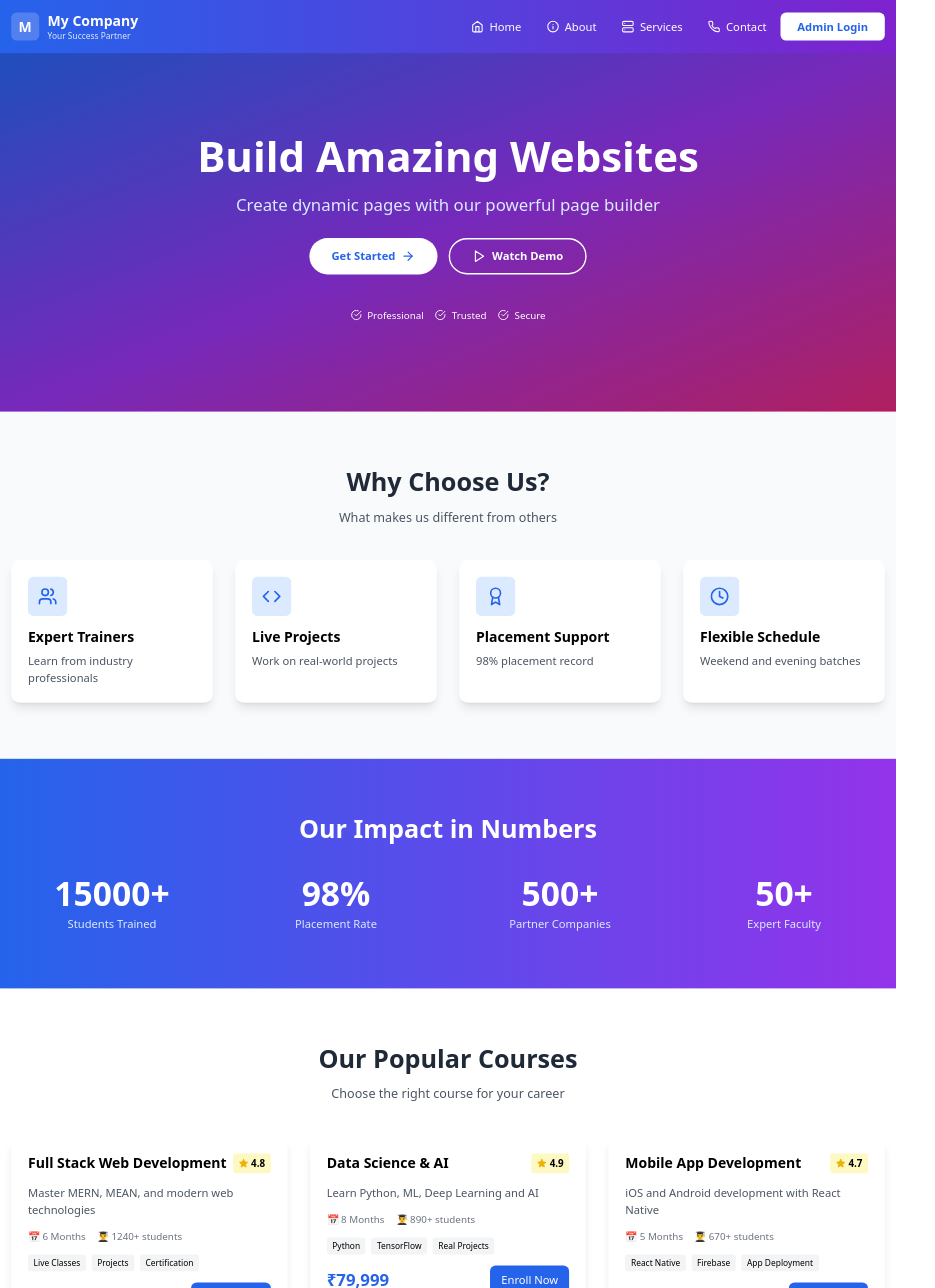
Repository: azoratech1/Webiste-Builder-
Page: /services (app in frontend/)
These files come from the project's save history. The page is drawn as it stood at one moment and after the next save; the edit follows.
The browser window is 1280 px wide. The page is 1336 px wide, so the pictures cover 1336 px, including what lies to the right of the window. The pictures show the part of the page from y = 0 to 1840 px (the page is 3565 px tall), at 70% of full size.
The page's requests for data from a server got no answer. The project was rebuilt for these pictures with package versions that can differ from the ones it lists, and the page was loaded fresh each time. No one was signed in, and anything a server would have sent is missing. Also part of the build but not shown: frontend/vite.config.js, frontend/src/components/PrivateRoute.jsx, frontend/src/pages/Login.jsx, frontend/src/components/website/WebsiteSelector.jsx, frontend/src/components/AdminLayout.jsx, frontend/src/pages/admin/Dashboard.jsx, frontend/src/pages/admin/PagesManager.jsx, frontend/src/pages/admin/PageEditor.jsx and 6 more.

Above is the page before, as saved 2026-05-07 16:39:48.

### frontend/index.html
<!DOCTYPE html>
<html lang="en">
  <head>
    <meta charset="UTF-8" />
    <meta name="viewport" content="width=device-width, initial-scale=1.0" />
    <title>React + Vite + Tailwind</title>
  </head>
  <body>
    <div id="root"></div>
    <script type="module" src="/src/main.jsx"></script>
  </body>
</html>

### frontend/src/App.jsx
import React from 'react';
import { BrowserRouter, Routes, Route, Navigate } from 'react-router-dom';
import { AuthProvider } from './context/AuthContext';
import PrivateRoute from './components/PrivateRoute';
import Login from './pages/Login';
import AdminLayout from './components/AdminLayout';
import Dashboard from './pages/admin/Dashboard';
import PagesManager from './pages/admin/PagesManager';
import PageEditor from './pages/admin/PageEditor';
import MediaManager from './pages/admin/MediaManager';
import CompanySettings from './pages/admin/CompanySettings';
import HomepageEditor from './components/admin/HomepageEditor';
import WebsiteView from './pages/WebsiteView';

function App() {
  return (
    <AuthProvider>
      <BrowserRouter>
        <Routes>
          {/* Public Routes */}
          <Route path="/login" element={<Login />} />
          {/* <Route path="/" element={<WebsiteView />} />
          <Route path="/:slug" element={<WebsiteView />} /> */}
          <Route
  path="/:websiteSlug"
  element={<WebsiteView />}
/>

<Route
  path="/:websiteSlug/:pageSlug"
  element={<WebsiteView />}
/>
          {/* Admin Routes */}
          <Route path="/admin" element={<PrivateRoute><AdminLayout /></PrivateRoute>}>
            <Route index element={<Navigate to="dashboard" />} />
            <Route path="dashboard" element={<Dashboard />} />
            <Route path="pages" element={<PagesManager />} />
            <Route path="pages/:id" element={<PageEditor />} />
            <Route path="media" element={<MediaManager />} />
            <Route path="settings" element={<CompanySettings />} />
            <Route path="homepage" element={<HomepageEditor />} />
          </Route>
        </Routes>
      </BrowserRouter>
    </AuthProvider>
  );
}

export default App;

### frontend/src/index.css
@tailwind base;
@tailwind components;
@tailwind utilities;

@layer base {
  body {
    @apply antialiased;
  }
}

@layer components {
  .container {
    @apply max-w-7xl mx-auto;
  }
}

@layer utilities {
  .scrollbar-hide::-webkit-scrollbar {
    display: none;
  }

  .scrollbar-hide {
    -ms-overflow-style: none;
    scrollbar-width: none;
  }
}

### frontend/src/context/AuthContext.jsx
import React, { createContext, useState, useContext, useEffect } from 'react';
import api from '../services/api';

const AuthContext = createContext();

export const useAuth = () => useContext(AuthContext);

export const AuthProvider = ({ children }) => {
  const [user, setUser] = useState(null);
  const [loading, setLoading] = useState(true);

  useEffect(() => {
    const token = localStorage.getItem('token');
    if (token) {
      fetchUser();
    } else {
      setLoading(false);
    }
  }, []);

  const fetchUser = async () => {
    try {
      const response = await api.get('/auth/me');
      setUser(response.data.data);
    } catch (error) {
      localStorage.removeItem('token');
    } finally {
      setLoading(false);
    }
  };

  const login = async (email, password) => {
    const response = await api.post('/auth/login', { email, password });
    const { token, user } = response.data.data;
    localStorage.setItem('token', token);
    setUser(user);
    return user;
  };

  const logout = () => {
    localStorage.removeItem('token');
    setUser(null);
  };

  return (
    <AuthContext.Provider value={{ user, login, logout, loading }}>
      {children}
    </AuthContext.Provider>
  );
};

### frontend/src/pages/WebsiteView.jsx
import React from 'react';
import { useParams } from 'react-router-dom';

import WebsiteNavbar from '../components/WebsiteNavbar';
import Footer from '../components/WebsiteFooter';

import DynamicHomePage from './DynamicHomePage';
import AboutPage from './AboutPage';
import ContactPage from './ContactPage';
import ServicesPage from './ServicePage';

const WebsiteView = () => {

  const {
    websiteSlug,
    pageSlug = 'home'
  } = useParams();

  // Render correct page
  const renderPage = () => {

    switch (pageSlug) {

      case 'home':
        return <DynamicHomePage />;

      case 'about':
        return <AboutPage />;

      case 'contact':
        return <ContactPage />;

      case 'services':
        return <ServicesPage />;

      default:

        return (
          <div className="flex items-center justify-center min-h-[60vh]">

            <div className="text-center">

              <h1 className="text-4xl font-bold text-gray-800 mb-4">
                404
              </h1>

              <p className="text-gray-600 text-lg">
                Page Not Found
              </p>

            </div>

          </div>
        );
    }
  };

  return (

    <div className="min-h-screen flex flex-col">

      <WebsiteNavbar />

      <main className="flex-grow">

        {renderPage()}

      </main>

      <Footer />

    </div>
  );
};

export default WebsiteView;

### frontend/src/components/WebsiteNavbar.jsx
import React, { useState, useEffect } from 'react';
import {
  Link,
  useLocation,
  useNavigate,
  useParams
} from 'react-router-dom';
import { Menu, X, ChevronDown, Home, Info, Phone, Server, User, Settings, LogOut } from 'lucide-react';
import { motion, AnimatePresence } from 'framer-motion';
import api from '../services/api';

const WebsiteNavbar = () => {
  const { websiteSlug } = useParams();
  const [isOpen, setIsOpen] = useState(false);
  const [scrolled, setScrolled] = useState(false);
  const [pages, setPages] = useState([]);
  const [showDropdown, setShowDropdown] = useState(false);
  const [isLoggedIn, setIsLoggedIn] = useState(false);
  const [user, setUser] = useState(null);
  const [companyInfo, setCompanyInfo] = useState({
    name: 'My Company',
    logo: null,
    tagline: 'Your Success Partner'
  });
  const location = useLocation();
  const navigate = useNavigate();

  useEffect(() => {
    fetchPages();
    fetchCompanyInfo();
    checkAuth();
    handleScroll();
    window.addEventListener('scroll', handleScroll);
    return () => window.removeEventListener('scroll', handleScroll);
  }, []);

  const fetchPages = async () => {
    try {
      const response = await api.get('/pages');
      // Filter pages that are active and should show in navigation
      const activePages = response.data.data.filter(page => page.is_active && page.show_in_nav);
      // Sort by order_position
      activePages.sort((a, b) => (a.order_position || 0) - (b.order_position || 0));
      setPages(activePages);
    } catch (error) {
      console.error('Error fetching pages:', error);
      // Fallback pages
      setPages([
        { id: 1, name: 'Home', slug: 'home' },
        { id: 2, name: 'About', slug: 'about' },
        { id: 3, name: 'Services', slug: 'services' },
        { id: 4, name: 'Contact', slug: 'contact' }
      ]);
    }
  };

  const fetchCompanyInfo = async () => {
    try {
      const response = await api.get('/settings/company');
      if (response.data.success) {
        setCompanyInfo(response.data.data);
      }
    } catch (error) {
      console.log('Using default company info');
    }
  };

  const checkAuth = () => {
    const token = localStorage.getItem('token');
    if (token) {
      setIsLoggedIn(true);
      fetchUserInfo();
    }
  };

  const fetchUserInfo = async () => {
    try {
      const response = await api.get('/auth/me');
      if (response.data.success) {
        setUser(response.data.data);
      }
    } catch (error) {
      console.error('Error fetching user info:', error);
    }
  };

  const handleScroll = () => {
    setScrolled(window.scrollY > 50);
  };

  const handleLogout = () => {
    localStorage.removeItem('token');
    setIsLoggedIn(false);
    setUser(null);
    navigate('/');
    window.location.reload();
  };

  const getPageIcon = (slug) => {
    const icons = {
      home: <Home size={18} />,
      about: <Info size={18} />,
      contact: <Phone size={18} />,
      services: <Server size={18} />
    };
    return icons[slug] || <Home size={18} />;
  };

  // const isActive = (path) => {
  //   if (path === '/' && location.pathname === '/') return true;
  //   if (path !== '/' && location.pathname === `/${path}`) return true;
  //   return false;
  // };
const isActive = (slug) => {

  const currentPath =
    location.pathname;

  if (slug === 'home') {

    return currentPath === `/${websiteSlug}`;
  }

  return currentPath ===
    `/${websiteSlug}/${slug}`;
};
  // Build navigation links from database pages
  // const navLinks = pages.map(page => ({
  //   name: page.name,
  //   slug: page.slug,
  //   path: page.slug === 'home' ? '/' : `/${page.slug}`
  // }));
const navLinks = pages.map(
  page => ({

    name: page.name,

    slug: page.slug,

    path:
      page.slug === 'home'
        ? `/${websiteSlug}`
        : `/${websiteSlug}/${page.slug}`
  })
);
  return (
    <>
      <nav className={`fixed top-0 w-full z-50 transition-all duration-300 ${
        scrolled
          ? 'bg-white shadow-lg py-2'
          : 'bg-gradient-to-r from-blue-600 to-purple-700 py-4'
      }`}>
        <div className="container mx-auto px-4">
          <div className="flex justify-between items-center">
            {/* Logo and Company Name */}
            <Link  to={`/${websiteSlug}`} className="flex items-center space-x-3 group cursor-pointer">
              {companyInfo.logo ? (
                <img src={companyInfo.logo} alt={companyInfo.name} className="h-10 w-auto object-contain" />
              ) : (
                <div className={`w-10 h-10 rounded-lg flex items-center justify-center ${
                  scrolled ? 'bg-blue-600' : 'bg-white bg-opacity-20'
                }`}>
                  <span className="text-xl font-bold text-white">{companyInfo.name?.charAt(0) || 'M'}</span>
                </div>
              )}
              <div>
                <h1 className={`font-bold text-xl ${scrolled ? 'text-gray-800' : 'text-white'}`}>
                  {companyInfo.name}
                </h1>
                {!scrolled && companyInfo.tagline && (
                  <p className="text-xs text-blue-100">{companyInfo.tagline}</p>
                )}
              </div>
            </Link>

            {/* Desktop Menu */}
            <div className="hidden md:flex items-center space-x-1">
              {navLinks.map((link) => (
                <Link
                  key={link.slug}
                  to={link.path}
                  className={`px-4 py-2 rounded-lg transition-all duration-300 flex items-center gap-2 ${
                    isActive(link.slug === 'home' ? '' : link.slug)
                      ? scrolled
                        ? 'bg-blue-600 text-white'
                        : 'bg-white bg-opacity-20 text-white'
                      : scrolled
                        ? 'text-gray-700 hover:bg-gray-100'
                        : 'text-white hover:bg-white hover:bg-opacity-10'
                  }`}
                >
                  {getPageIcon(link.slug)}
                  {link.name}
                </Link>
              ))}

              {/* Admin Dropdown */}
              {isLoggedIn ? (
                <div className="relative ml-2">
                  <button
                    onClick={() => setShowDropdown(!showDropdown)}
                    className={`px-4 py-2 rounded-lg transition-all duration-300 flex items-center gap-2 ${
                      scrolled ? 'text-gray-700 hover:bg-gray-100' : 'text-white hover:bg-white hover:bg-opacity-10'
                    }`}
                  >
                    <User size={18} />
                    {user?.username || 'Account'}
                    <ChevronDown size={14} />
                  </button>

                  {showDropdown && (
                    <div className="absolute right-0 mt-2 w-48 bg-white rounded-lg shadow-lg py-2 z-50">
                      <Link to="/admin/dashboard" className="block px-4 py-2 text-gray-700 hover:bg-gray-100" onClick={() => setShowDropdown(false)}>
                        Admin Panel
                      </Link>
                      <button onClick={handleLogout} className="w-full text-left px-4 py-2 text-red-600 hover:bg-gray-100">
                        Logout
                      </button>
                    </div>
                  )}
                </div>
              ) : (
                <Link to="/login" className={`ml-4 px-6 py-2 rounded-lg transition-all duration-300 font-semibold ${
                  scrolled ? 'bg-blue-600 text-white hover:bg-blue-700' : 'bg-white text-blue-600 hover:bg-gray-100'
                }`}>
                  Admin Login
                </Link>
              )}
            </div>

            {/* Mobile Menu Button */}
            <button onClick={() => setIsOpen(!isOpen)} className={`md:hidden p-2 rounded-lg transition ${scrolled ? 'text-gray-800' : 'text-white'}`}>
              {isOpen ? <X size={24} /> : <Menu size={24} />}
            </button>
          </div>
        </div>

        {/* Mobile Menu */}
        <AnimatePresence>
          {isOpen && (
            <motion.div
              initial={{ opacity: 0, height: 0 }}
              animate={{ opacity: 1, height: 'auto' }}
              exit={{ opacity: 0, height: 0 }}
              className="md:hidden bg-white shadow-lg overflow-hidden"
            >
              <div className="container mx-auto px-4 py-4">
                {navLinks.map((link) => (
                  <Link
                    key={link.slug}
                    to={link.path}
                    onClick={() => setIsOpen(false)}
                    className={`block px-4 py-3 rounded-lg transition flex items-center gap-3 ${
                      isActive(link.slug === 'home' ? '' : link.slug)
                        ? 'bg-blue-600 text-white'
                        : 'text-gray-700 hover:bg-gray-100'
                    }`}
                  >
                    {getPageIcon(link.slug)}
                    {link.name}
                  </Link>
                ))}
                {isLoggedIn ? (
                  <>
                    <Link to="/admin/dashboard" onClick={() => setIsOpen(false)} className="block px-4 py-3 text-gray-700 hover:bg-gray-100 rounded-lg">
                      Admin Panel
                    </Link>
                    <button onClick={() => { handleLogout(); setIsOpen(false); }} className="w-full mt-2 px-4 py-3 bg-red-600 text-white rounded-lg hover:bg-red-700">
                      Logout
                    </button>
                  </>
                ) : (
                  <Link to="/login" onClick={() => setIsOpen(false)} className="block mt-2 px-4 py-3 bg-blue-600 text-white rounded-lg text-center">
                    Admin Login
                  </Link>
                )}
              </div>
            </motion.div>
          )}
        </AnimatePresence>
      </nav>
      <div className="h-16"></div>
    </>
  );
};

export default WebsiteNavbar;

### frontend/src/components/WebsiteFooter.jsx
import React, { useState, useEffect } from 'react';
import { Link } from 'react-router-dom';
import { Facebook, Twitter, Linkedin, Instagram, Mail, Phone, MapPin, Globe } from 'lucide-react';
import api from '../services/api';

const Footer = () => {
  const [companyInfo, setCompanyInfo] = useState({
    name: 'ABC Technologies',
    logo: null,
    tagline: 'Your Success Partner',
    email: 'info@example.com',
    phone: '+1 (555) 123-4567',
    address: '123 Business Street, Tech City',
    website: 'www.example.com',
    socialMedia: {}
  });
  const [pages, setPages] = useState([]);

  useEffect(() => {
    fetchCompanyInfo();
    fetchPages();
  }, []);

  const fetchCompanyInfo = async () => {
    try {
      const response = await api.get('/settings/company');
      if (response.data.success) {
        setCompanyInfo(response.data.data);
      }
    } catch (error) {
      console.error('Error fetching company info:', error);
    }
  };

  const fetchPages = async () => {
    try {
      const response = await api.get('/pages');
      const activePages = response.data.data.filter(page => page.is_active);
      setPages(activePages);
    } catch (error) {
      console.error('Error fetching pages:', error);
    }
  };

  return (
    <footer className="bg-gray-900 text-white pt-12 pb-6">
      <div className="container mx-auto px-4">
        <div className="grid grid-cols-1 md:grid-cols-4 gap-8 mb-8">
          {/* Company Info */}
          <div>
            <div className="flex items-center gap-2 mb-4">
              {companyInfo.logo ? (
                <img src={companyInfo.logo} alt={companyInfo.name} className="h-10 w-auto" />
              ) : (
                <div className="w-10 h-10 bg-blue-600 rounded-lg flex items-center justify-center">
                  <span className="font-bold text-xl">A</span>
                </div>
              )}
              <h3 className="text-xl font-bold">{companyInfo.name}</h3>
            </div>
            <p className="text-gray-400 text-sm mb-4">{companyInfo.tagline}</p>
            <div className="space-y-2 text-sm text-gray-400">
              <p className="flex items-center gap-2">
                <Mail size={14} /> {companyInfo.email}
              </p>
              <p className="flex items-center gap-2">
                <Phone size={14} /> {companyInfo.phone}
              </p>
              <p className="flex items-center gap-2">
                <MapPin size={14} /> {companyInfo.address}
              </p>
            </div>
          </div>

          {/* Quick Links */}
          <div>
            <h4 className="text-lg font-semibold mb-4">Quick Links</h4>
            <ul className="space-y-2">
              {pages.map((page) => (
                <li key={page.id}>
                  <Link
                    to={`/${page.slug}`}
                    className="text-gray-400 hover:text-white transition"
                  >
                    {page.name}
                  </Link>
                </li>
              ))}
            </ul>
          </div>

          {/* Services */}
          <div>
            <h4 className="text-lg font-semibold mb-4">Our Services</h4>
            <ul className="space-y-2 text-gray-400">
              <li>Web Development</li>
              <li>Mobile Apps</li>
              <li>Cloud Solutions</li>
              <li>Digital Marketing</li>
            </ul>
          </div>

          {/* Newsletter */}
          <div>
            <h4 className="text-lg font-semibold mb-4">Newsletter</h4>
            <p className="text-gray-400 text-sm mb-3">
              Subscribe to get updates about our courses and offers.
            </p>
            <div className="flex">
              <input
                type="email"
                placeholder="Your email"
                className="flex-1 px-3 py-2 rounded-l-lg text-gray-800"
              />
              <button className="bg-blue-600 px-4 py-2 rounded-r-lg hover:bg-blue-700 transition">
                Subscribe
              </button>
            </div>
            <div className="flex gap-3 mt-4">
              {companyInfo.socialMedia?.facebook && (
                <a href={companyInfo.socialMedia.facebook} target="_blank" rel="noopener noreferrer"
                   className="w-8 h-8 bg-gray-800 rounded-full flex items-center justify-center hover:bg-blue-600 transition">
                  <Facebook size={16} />
                </a>
              )}
              {companyInfo.socialMedia?.twitter && (
                <a href={companyInfo.socialMedia.twitter} target="_blank" rel="noopener noreferrer"
                   className="w-8 h-8 bg-gray-800 rounded-full flex items-center justify-center hover:bg-blue-600 transition">
                  <Twitter size={16} />
                </a>
              )}
              {companyInfo.socialMedia?.linkedin && (
                <a href={companyInfo.socialMedia.linkedin} target="_blank" rel="noopener noreferrer"
                   className="w-8 h-8 bg-gray-800 rounded-full flex items-center justify-center hover:bg-blue-600 transition">
                  <Linkedin size={16} />
                </a>
              )}
              {companyInfo.socialMedia?.instagram && (
                <a href={companyInfo.socialMedia.instagram} target="_blank" rel="noopener noreferrer"
                   className="w-8 h-8 bg-gray-800 rounded-full flex items-center justify-center hover:bg-blue-600 transition">
                  <Instagram size={16} />
                </a>
              )}
            </div>
          </div>
        </div>

        <div className="border-t border-gray-800 pt-6 text-center text-gray-400 text-sm">
          <p>&copy; {new Date().getFullYear()} {companyInfo.name}. All rights reserved.</p>
        </div>
      </div>
    </footer>
  );
};

export default Footer;

Loaded but not shown: frontend/src/main.jsx (common file); frontend/src/services/api.js (561 lines, source omitted); frontend/tailwind.config.js (39 lines, source omitted); frontend/src/pages/DynamicHomePage.jsx (444 lines, source omitted)

After the next save:
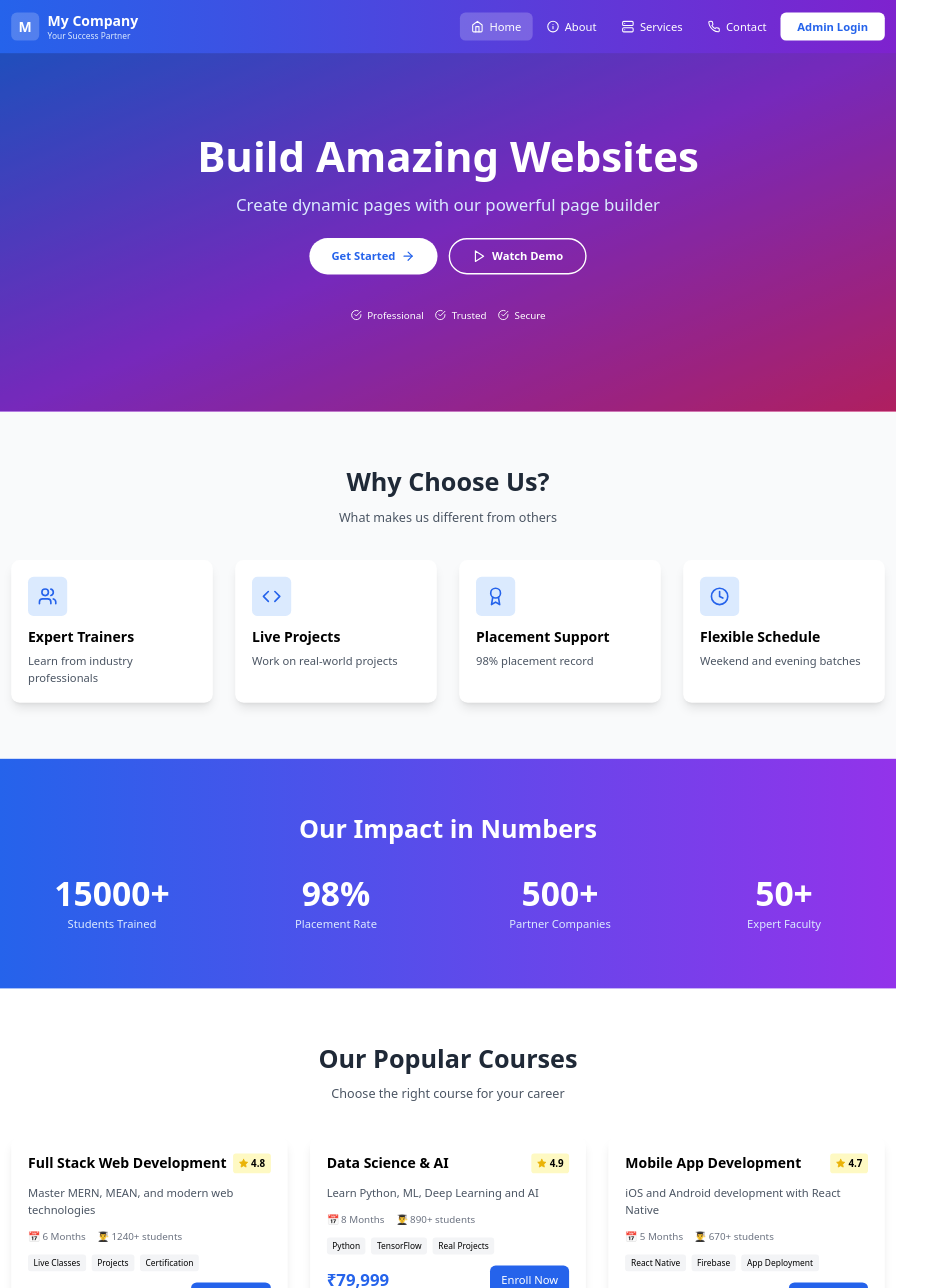
Saved 20 s later.
--- a/frontend/src/components/WebsiteNavbar.jsx
+++ b/frontend/src/components/WebsiteNavbar.jsx
@@ -180,7 +180,7 @@ const navLinks = pages.map(
                   key={link.slug}
                   to={link.path}
                   className={`px-4 py-2 rounded-lg transition-all duration-300 flex items-center gap-2 ${
-                    isActive(link.slug === 'home' ? '' : link.slug)
+isActive(link.slug)
                       ? scrolled
                         ? 'bg-blue-600 text-white'
                         : 'bg-white bg-opacity-20 text-white'
